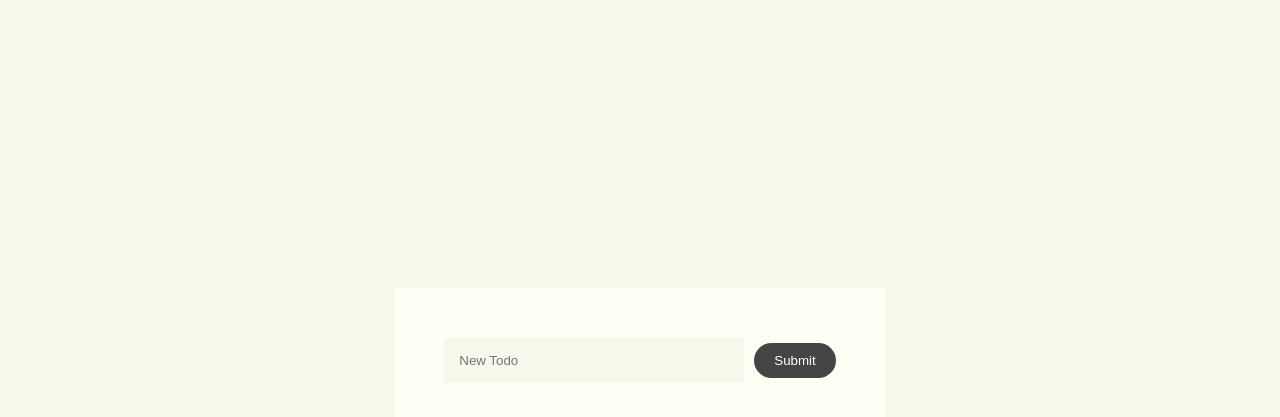
Repository: Subhadeep2609/Todo_React
Page: /
An editor plug-in stored every save of this project. The page is shown before and after the next save, followed by the edit.
The browser window is 1280 px wide. The pictures show the whole page.
The project was rebuilt for these pictures with package versions that can differ from the ones it lists, and the page was loaded fresh each time. Also part of the build but not shown: vite.config.js.

Above is the page before, as saved 2025-09-04 13:29:17.

After the next save:
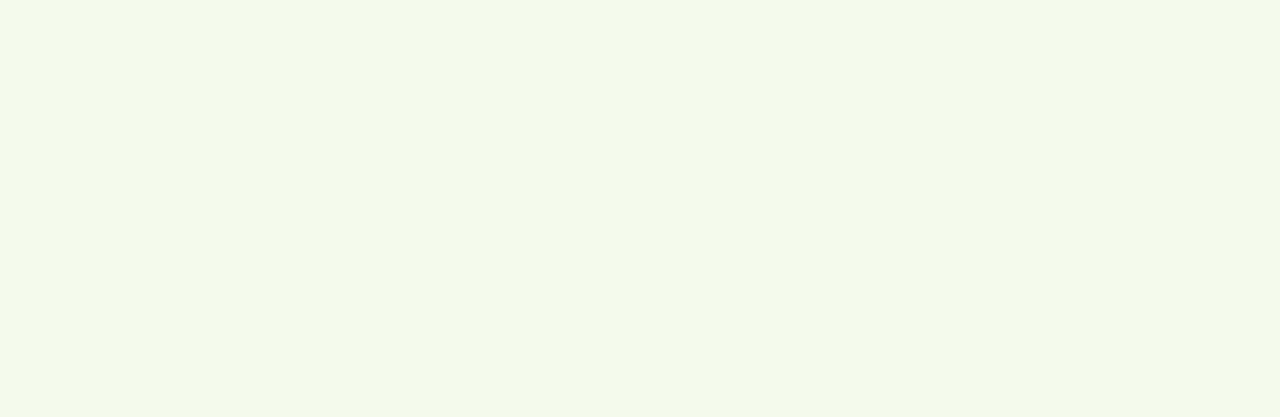
Console error: ReferenceError: handleSubmit is not defined
Saved 8 s later.
--- a/src/components/Todo.jsx
+++ b/src/components/Todo.jsx
@@ -7,7 +7,7 @@ const Todo = () => {
     <div className="container">
         <input type="text" placeholder="New Todo" value={input} onChange={(e)=>setInput(e.target.value)}/>
 
-        <button>Submit</button>
+        <button onClick={handleSubmit}>Submit</button>
     </div>
   )
 }

After the 3 saves that followed:
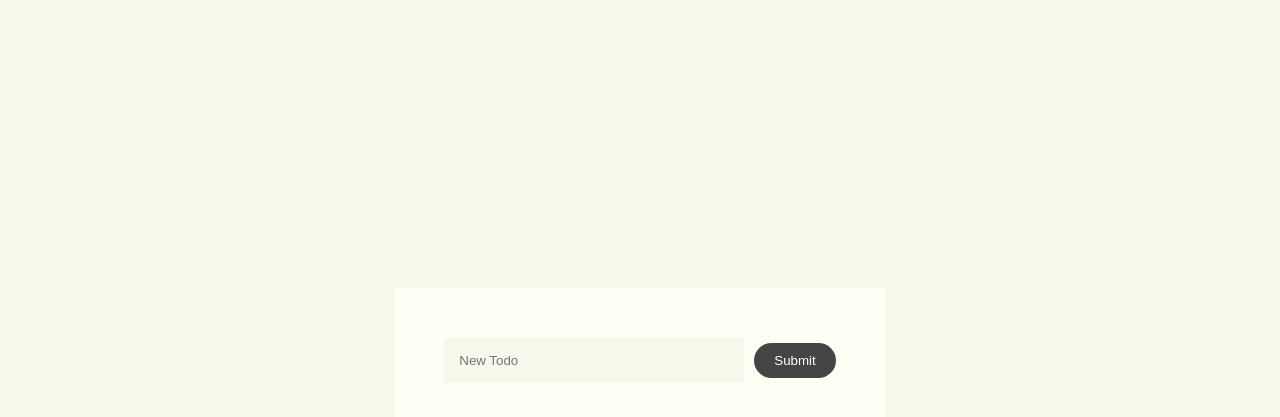
The error is gone.
The 3 saves are shown as one change because 1 left the picture as it was and some came seconds apart.
The last was saved 22 s later.
--- a/src/components/Todo.jsx
+++ b/src/components/Todo.jsx
@@ -3,6 +3,10 @@ import "../index.css"
 const Todo = () => {
     const [todos,setTodos] = useState([]);
     const [input,setInput] = useState("");
+    const handleSubmit = ()=>{
+
+    }
+
   return (
     <div className="container">
         <input type="text" placeholder="New Todo" value={input} onChange={(e)=>setInput(e.target.value)}/>
